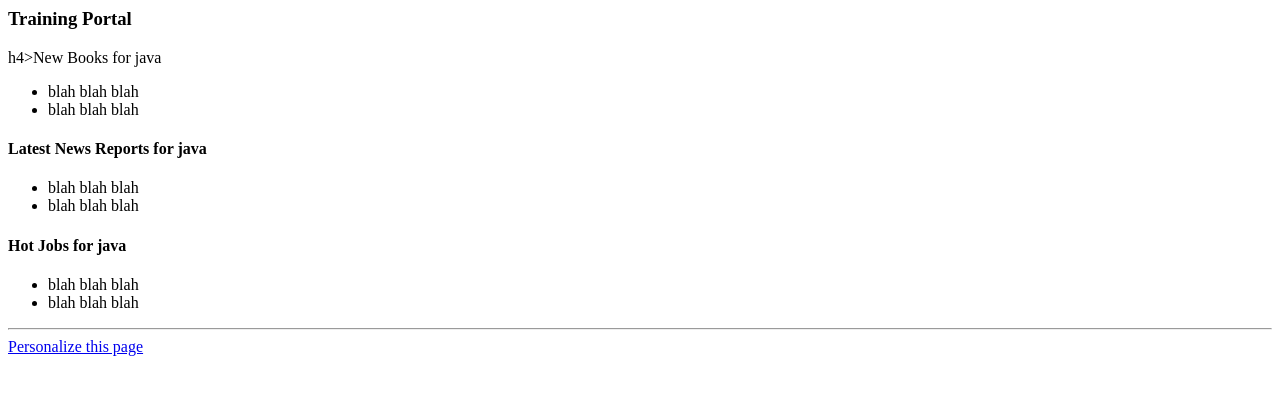
Repository: rohanbhavare1234/BikeServiceWorkspace
Page: http://localhost/jspdemo/cookies-homepage.jsp
An editor plug-in stored every save of this project. The page is shown before and after the next save, followed by the edit.
The browser window is 1280 px wide. The pictures show the whole page.
The page is served by Tomcat 9. Other server files are loaded and not shown.

Above is the page before, as saved 2023-04-10 18:48:55.

### eclipse-workspace/jspdemo/WebContent/cookies-homepage.jsp
<html>
<body>
<h3>Training Portal</h3>

<%
	String favLang="java";

	Cookie[] theCookies=request.getCookies();

	if(theCookies!=null)
	{
		for(Cookie tempCookie:theCookies)
		{
			if("myApp.favouriteLanguage".equals(tempCookie.getName()))
			{
				favLang=tempCookie.getValue();
				break;
			}
		}
	}
%>

h4>New Books for <%= favLang %></h4>
<ul>
	<li>blah blah blah</li>
	<li>blah blah blah</li>
</ul>

<h4>Latest News Reports for <%= favLang %></h4>
<ul>
	<li>blah blah blah</li>
	<li>blah blah blah</li>
</ul>

<h4>Hot Jobs for <%= favLang %></h4>
<ul>
	<li>blah blah blah</li>
	<li>blah blah blah</li>
</ul>

<hr>
<a href="cookies-personalize-form.html">Personalize this page</a>
</body>
</html>

After the next save:
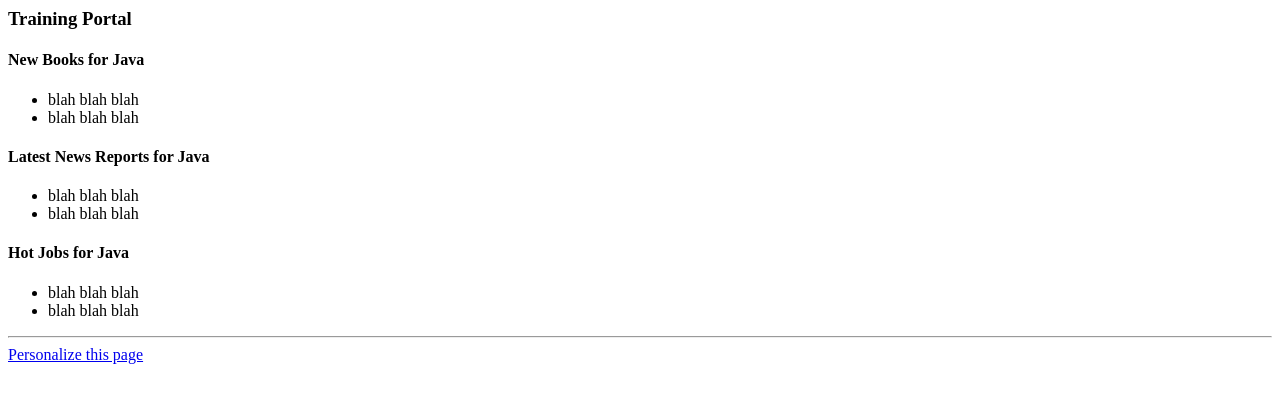
Saved 3 min 42 s later.
--- a/eclipse-workspace/jspdemo/WebContent/cookies-homepage.jsp
+++ b/eclipse-workspace/jspdemo/WebContent/cookies-homepage.jsp
@@ -1,26 +1,33 @@
 <html>
+
 <body>
 <h3>Training Portal</h3>
 
+<!-- read the favorite programming language cookie -->
 <%
-	String favLang="java";
+	// the default ... if there are no cookies
+	String favLang = "Java";
 
-	Cookie[] theCookies=request.getCookies();
+	// get the cookies from the browser request
+	Cookie[] theCookies = request.getCookies();
 
-	if(theCookies!=null)
-	{
-		for(Cookie tempCookie:theCookies)
-		{
-			if("myApp.favouriteLanguage".equals(tempCookie.getName()))
-			{
-				favLang=tempCookie.getValue();
+	// find our favorite language cookie
+	if (theCookies != null) {
+
+		for (Cookie tempCookie : theCookies) {
+
+			if ("myApp.favoriteLanguage".equals(tempCookie.getName())) {
+				favLang = tempCookie.getValue();
 				break;
 			}
 		}
 	}
 %>
 
-h4>New Books for <%= favLang %></h4>
+<!-- now show a personalized page ... use the "favLang" variable -->
+
+<!-- show new books for this lang -->
+<h4>New Books for <%= favLang %></h4>
 <ul>
 	<li>blah blah blah</li>
 	<li>blah blah blah</li>
@@ -41,4 +48,5 @@ h4>New Books for <%= favLang %></h4>
 <hr>
 <a href="cookies-personalize-form.html">Personalize this page</a>
 </body>
+
 </html>
